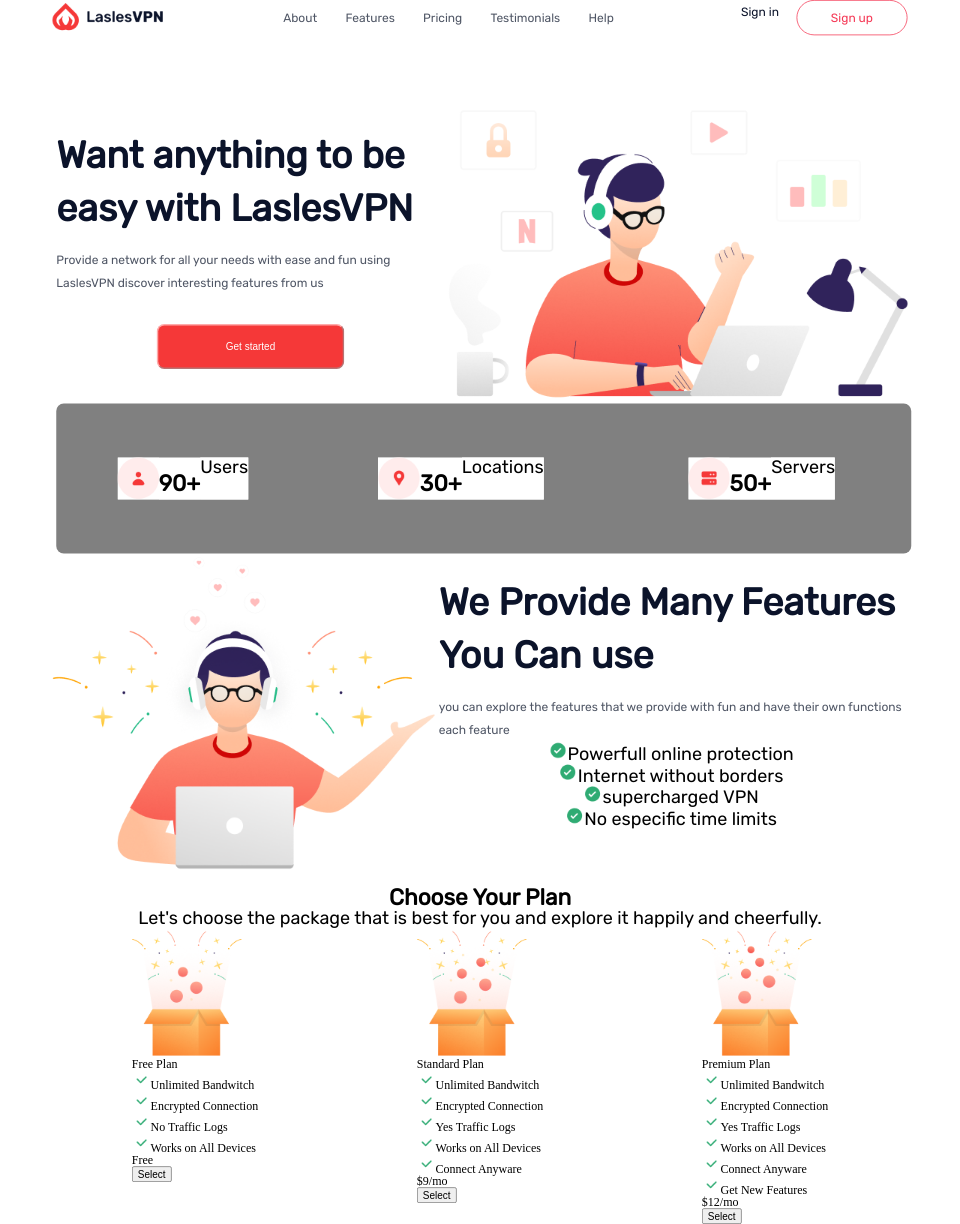
Repository: RaphaelMatheus-br/LP-251123
Page: index.html
An editor plug-in stored every save of this project. The page is shown before and after the next save, followed by the edit.
The browser window is 1280 px wide. The pictures show the whole page, at 75% of full size.

Above is the page before, as saved 2023-11-25 16:34:54.

### index.html
<!DOCTYPE html>
<html lang="en">

<head>
    <meta charset="UTF-8">
    <meta name="viewport" content="width=device-width, initial-scale=1.0">
    <title>Document</title>
    <link rel="stylesheet" href="style.css">
    <link rel="preconnect" href="https://fonts.googleapis.com">
<link rel="preconnect" href="https://fonts.gstatic.com" crossorigin>
<link href="https://fonts.googleapis.com/css2?family=Rubik&display=swap" rel="stylesheet">
</head>

<body>

<section class="container">
    <header class="header">
        <div class="logo">
            <img src="./imagens/Logo.png" alt="logo">
        </div>
        <div class="item1">
            <a href="#" class="item">About</a>
	        <a href="#" class="item">Features</a>
	        <a href="#" class="item">Pricing</a>
            <a href="#" class="item">Testimonials</a>
            <a href="#" class="item">Help</a>
        </div>
        <div class="item2">
            <div class="head__botao">
                <button class="botao1">Sign in</a>
            </div>
            <div class="head__botao--2">
                <button class="botao2">Sign up</a>
            </div>
        </div>
    </header>
</section>

<section class="container flex">
    <div class="box1">
        <div class="item">
            <h1 class="sobre__titulo">Want anything to be easy with LaslesVPN</h1>
            <p class="sobre__descricao">Provide a network for all your needs with ease and fun using LaslesVPN discover interesting features from us</p>
            <button class="sobre__botao">Get started</button>
        </div>
        <div class="img">
            <img src="./imagens/Illustration 1.png" alt="ilutracao__1">
        </div>
    </div>
</section>

<section class="container">
    <div class="item">
        <div class="rectangle">
            <div class="icons">
                <div class="user">
                    <img src="./imagens/user.png" alt="user__img">
                    <h1 class="sobre__user">90+</h1>
                    <p class="p__user">Users</p>
                </div>
                <div class="location">
                    <img src="./imagens/location.png" alt="location">
                    <h1 class="sobre__location">30+</h1>
                    <p class="p__location">Locations</p>
                </div>
                <div class="server">
                    <img src="./imagens/Server.png" alt="server">
                    <h1 class="sobre__server">50+</h1>
                    <p class="p__server">Servers</p>
                </div>
            </div>
        </div>
    </div>
</section>

<section class="container flex">
    <div class="box2">
            <div class="img">
                <img src="./imagens/Illustration 2.png" alt="ilutracao__2">
            </div>

            <div class="item">
                <h1 class="sobre__titulo">We Provide Many Features You Can use</h1>
                <p class="sobre__descricao">you can explore the features that we provide with fun and have their own functions each feature</p>
                <ul class="list">
                    <li><img src="./imagens/check.png" alt="check">Powerfull online protection</img></li>
                    <li><img src="./imagens/check.png" alt="check">Internet without borders</img></li>
                    <li><img src="./imagens/check.png" alt="check">supercharged VPN</img></li>
                    <li><img src="./imagens/check.png" alt="check">No especific time limits</img></li>
                </ul>
            </div>
    </div>
</section>

<section class="container flex" class="sessao__tres">
    <div class="item">
        <div class="choose__plan">
            <h1>Choose Your Plan</h1>
            <p>Let's choose the package that is best for you and explore it happily and cheerfully.</p>
        </div>
    </div>
</section>

<section class="container">
    <div class="box3">
                <div class="free plan">
                    <img src="./imagens/Free.png" alt="free">
                    <h3>Free Plan</h3>
                    <ul>
                        <li><img src="./imagens/jam_check.png">Unlimited Bandwitch</li>
                        <li><img src="./imagens/jam_check.png">Encrypted Connection</li>
                        <li><img src="./imagens/jam_check.png">No Traffic Logs</li>
                        <li><img src="./imagens/jam_check.png">Works on All Devices</li>
                    </ul>
                    <h2>Free</h2>
                    <button class="price__botao">Select</button>
                </div>

                <div class="Standard plan">
                    <img src="./imagens/Standard.png" alt="standard">
                    <h3>Standard Plan</h3>
                    <ul>
                        <li><img src="./imagens/jam_check.png">Unlimited Bandwitch</li>
                        <li><img src="./imagens/jam_check.png">Encrypted Connection</li>
                        <li><img src="./imagens/jam_check.png">Yes Traffic Logs</li>
                        <li><img src="./imagens/jam_check.png">Works on All Devices</li>
                        <li><img src="./imagens/jam_check.png">Connect Anyware</li>
                    </ul>
                    <h2>$9/mo</h2>
                    <button class="price__botao">Select</button>
                </div>

                <div class="Premium plan">
                    <img src="./imagens/Premium.png" alt="premium">
                    <h3>Premium Plan</h3>
                    <ul>
                        <li><img src="./imagens/jam_check.png">Unlimited Bandwitch</li>
                        <li><img src="./imagens/jam_check.png">Encrypted Connection</li>
                        <li><img src="./imagens/jam_check.png">Yes Traffic Logs</li>
                        <li><img src="./imagens/jam_check.png">Works on All Devices</li>
                        <li><img src="./imagens/jam_check.png">Connect Anyware</li>
                        <li><img src="./imagens/jam_check.png">Get New Features</li>
                    </ul>
                    <h2>$12/mo</h2>
                    <button class="price__botao">Select</button>
                </div>
    </div>
</section>

</body>
</html>

### style.css
html, body, div, span, applet, object, iframe,
h1, h2, h3, h4, h5, h6, p, blockquote, pre,
a, abbr, acronym, address, big, cite, code,
del, dfn, em, img, ins, kbd, q, s, samp,
small, strike, strong, sub, sup, tt, var,
b, u, i, center,
dl, dt, dd, ol, ul, li,
fieldset, form, label, legend,
table, caption, tbody, tfoot, thead, tr, th, td,
article, aside, canvas, details, embed,
figure, figcaption, footer, header, hgroup,
menu, nav, output, ruby, section, summary,
time, mark, audio, video {
	margin: 0;
	padding: 0;
	border: 0;
	font-size: 100%;
	font: inherit;
	vertical-align: baseline;
    background: white;
}
/* HTML5 display-role reset for older browsers */
article, aside, details, figcaption, figure,
footer, header, hgroup, menu, nav, section {
	display: block;
}
body {
	line-height: 1;
}

ol, ul {
	list-style: none;
}
blockquote, q {
	quotes: none;
}
blockquote:before, blockquote:after,
q:before, q:after {
	content: '';
	content: none;
}
table {
	border-collapse: collapse;
	border-spacing: 0;
}

.container {
    max-width: 1140px;
    margin: 0 auto;
    position: relative;
}

.header {
    display: flex;
    justify-content: space-between;
    align-items: center;
    width: 100%;
}
/* Flex Item */
.item {
	margin: 5px;
	text-align: center;
	font-size: 1.5em;
    font-family: Rubik;
}

.item1 {
    display:flex;
    align-items: center;
    justify-content: space-between;
    max-width: 451px;
    width: 100%;
}

.item1 a{
    color: #4F5665;
    font-family: Rubik;
    font-size: 16px;
    font-style: normal;
    font-weight: 400;
    line-height: normal;
    text-decoration: none;
}

.item2 {
display: flex;
justify-content: space-between;
max-width: 233px;
width: 100%;
}

.botao1 {
    color: #0B132A;
    font-family: Rubik;
    font-size: 16px;
    font-style: normal;
    font-weight: 500;
    line-height: normal;
    background-color: transparent;
    border: none;
}

.botao2{
    color: #F53855;
    font-family: Rubik;
    font-size: 16px;
    font-style: normal;
    font-weight: 500;
    line-height: normal;
    padding: 13px 45px;
    border-radius: 50px;
    border: 1px solid #F53855;
    background-color: transparent;
}

.head__botao {
    margin: 5px;
	text-align: center;
	font-size: 0.8em;
    font-weight: 700;
}

.head__botao a {
    color: #4F5665;
    font-family: Rubik;
    font-size: 16px;
    font-style: normal;
    font-weight: 400;
    line-height: normal;
    text-decoration: none;
}

h1 {
	text-align: center;
	margin: 20px 0 0 0;
	font-size: 1.25em;
	font-weight: 700;
}

.box1 {
    display: flex;
    margin-top: 100px;
}

.box2 {
    display: flex;
}

.box3 {
    display: flex;
}
.sobre__titulo {
    font-weight: 700;
    color: #0B132A;
    font-family: Rubik;
    font-size: 50px;
    font-style: normal;
    font-weight: 700;
    line-height: 70px;
    text-align: left;
}

.sobre__descricao {
    color: #4F5665;
    font-family: Rubik;
    font-size: 16px;
    font-style: normal;
    font-weight: 400;
    line-height: 30px; /* 187.5% */
    text-align: left;
    margin-top: 20px;
}

.sobre__botao {
width: 250px;
height: 60px;
flex-shrink: 0;
border-radius: 10px;
border-color: rgba(255, 193, 193, 0.842);
background: #F53838;
color: white;
margin-top: 40px;
}

.rectangle {
width: 1140px;
height: 200px;
flex-shrink: 0;
border-radius: 10px;
background: gray;
border-color: white;
}

.icons {
width: 100%;
height: 100%;
flex-shrink: 0;
display: flex;
align-items: center;
position: absolute;
max-width: 100%;
justify-content: space-around;
background-color: transparent;
}

.user {
display: flex;
max-width: 100%;
}

.location {
display: flex;;
margin-right: 20px;
margin-left: 10px;
}

.server {
display: flex;;
margin-right: 20px;
margin-left: 10px;
}

.item__dois {
    flex-direction: row-reverse;
}

.sessao__tres{
    background-color: grey;
    align-content: center;
    padding-top: 50px;
}

.box3 {
    display: flex;
    width: 100%;
    justify-content: space-around;
}

After the next save:
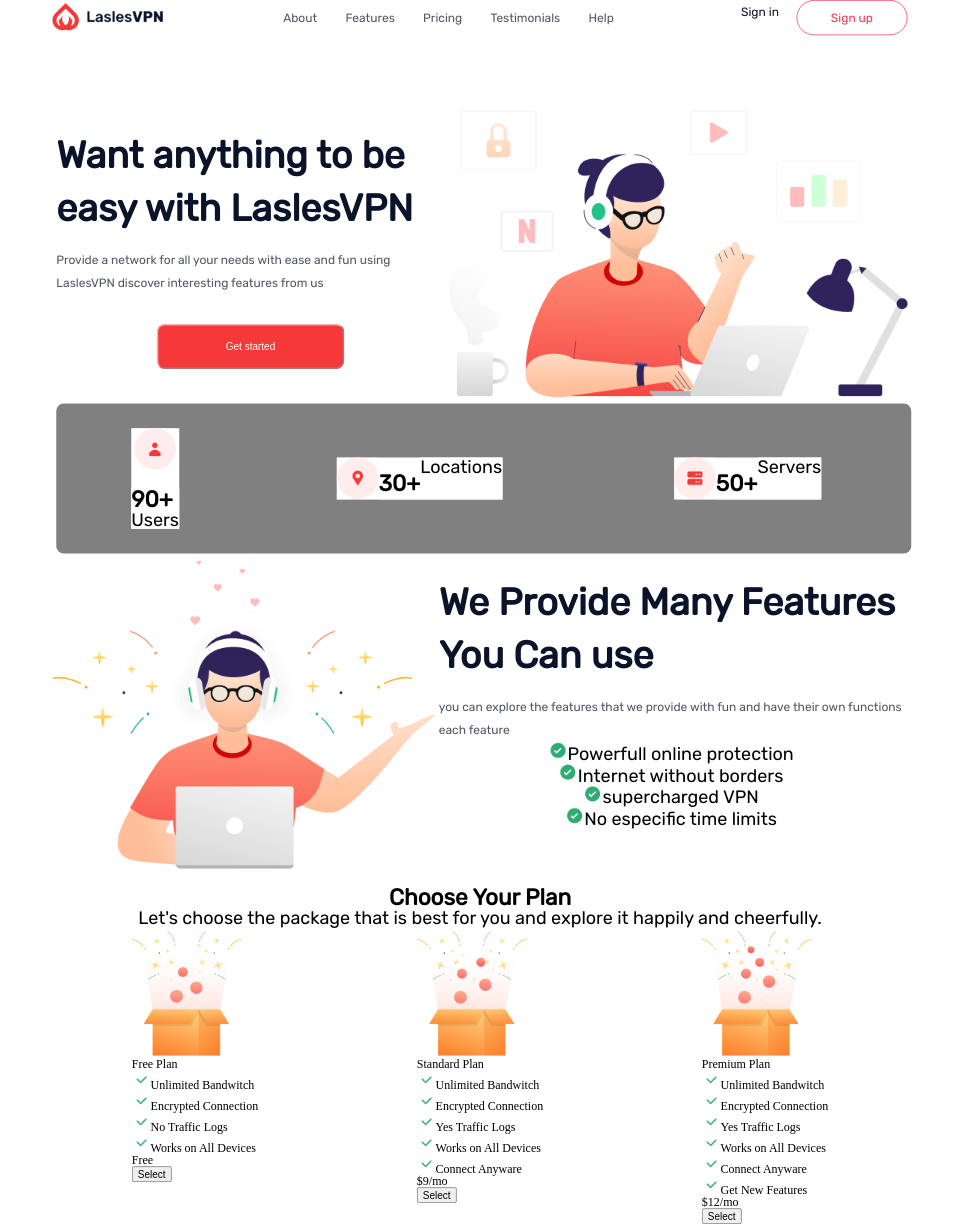
Saved 45 s later.
--- a/style.css
+++ b/style.css
@@ -203,7 +203,7 @@
 background-color: transparent;
 }
 
-.user {
+.sobre__user {
 display: flex;
 max-width: 100%;
 }

After the save that followed:
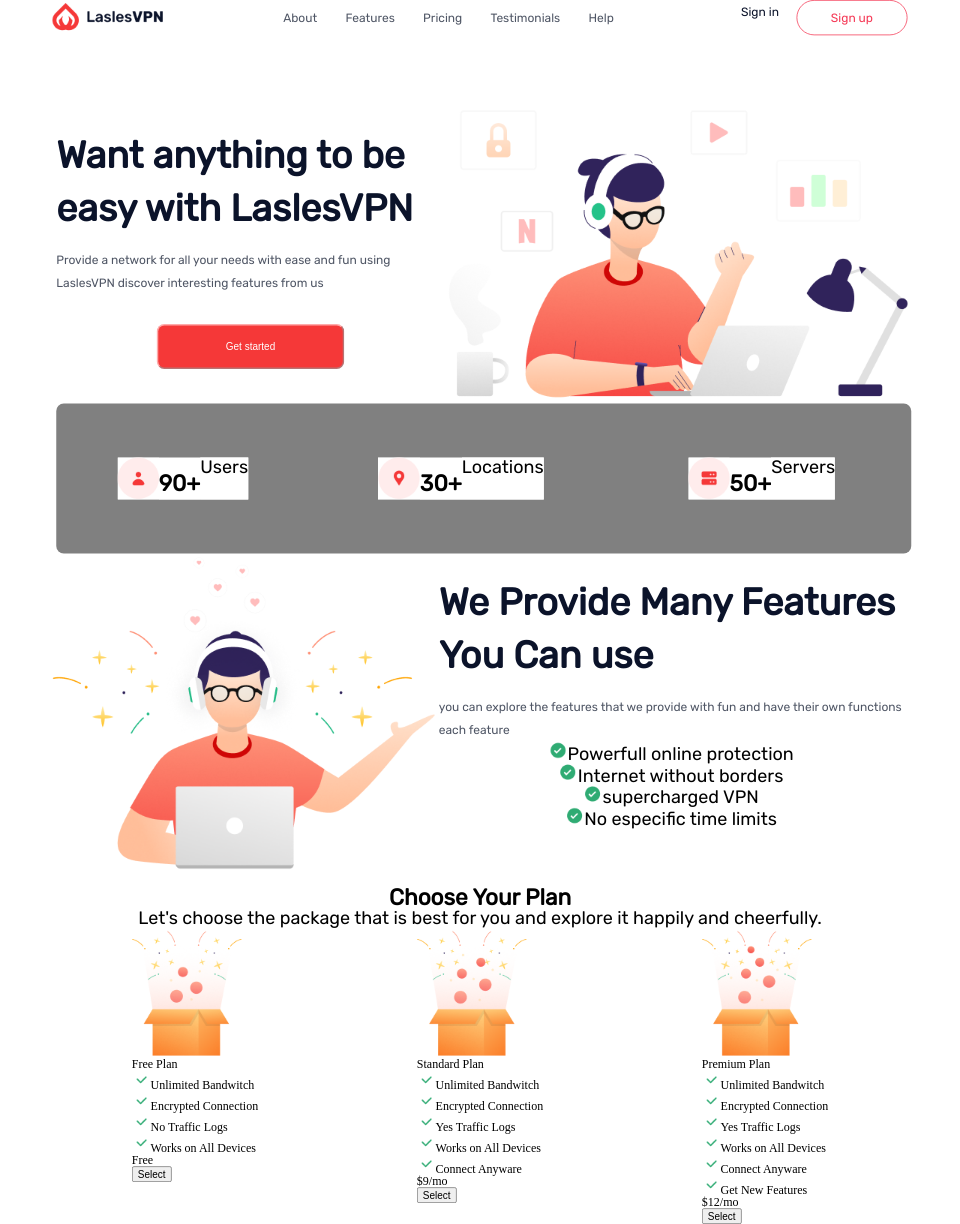
Saved 6 s later.
--- a/style.css
+++ b/style.css
@@ -203,7 +203,7 @@
 background-color: transparent;
 }
 
-.sobre__user {
+.user {
 display: flex;
 max-width: 100%;
 }
